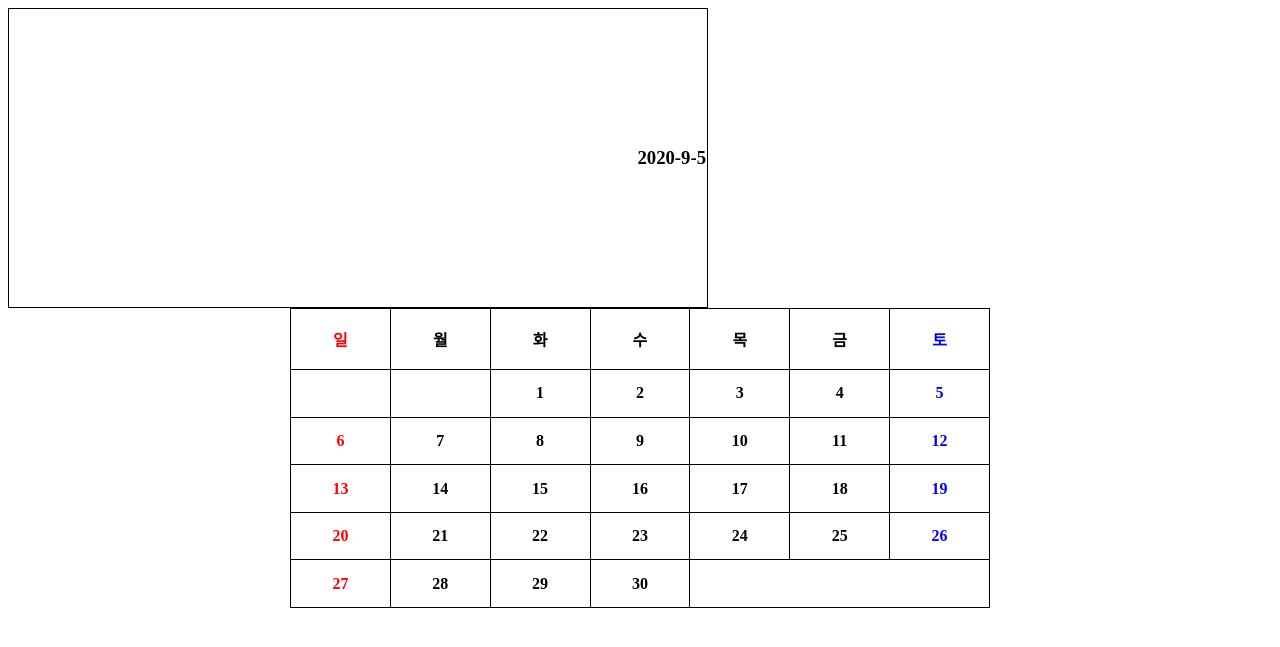
Repository: gyungmean/2020_2_webProgramming
Page: http://localhost/week6/Practice19/Practice19.jsp
The author's editor kept a copy of each file at every save. The page is drawn from the files as they stood at one save, then again after the next save.
The browser window is 1280 px wide. The pictures show the whole page.
The page is served by Tomcat 9.

Above is the page before, as saved 2020-10-26 14:05:55.

After the next save:
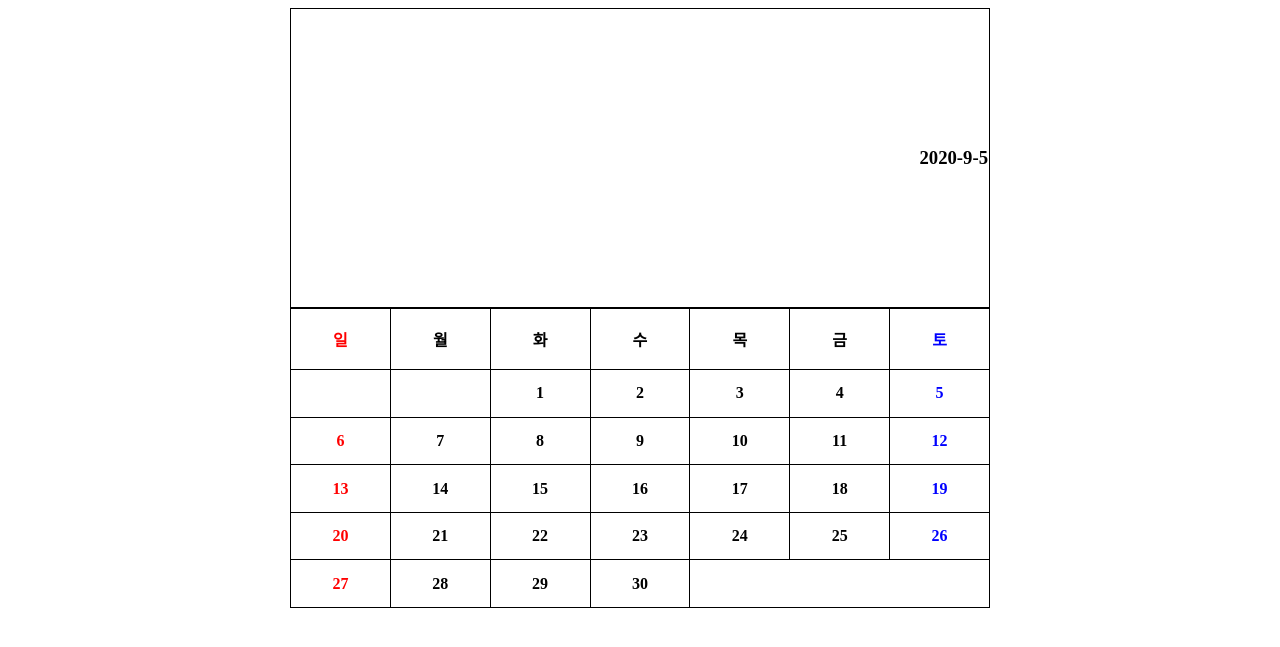
Saved 19 s later.
--- a/week6/week6/WebContent/Practice19/Practice19.jsp
+++ b/week6/week6/WebContent/Practice19/Practice19.jsp
@@ -44,6 +44,7 @@
 	Calendar cal = Calendar.getInstance();;
 	cal.set(year, month - 1, 1);
 	int date = today.get(Calendar.DATE);
+	out.println("<div align=\"center\">");
 	out.println("<table class=\"cal\">");
 	out.println("<tr>");
 	out.println("<td><h3>" + year + "-" + month + "-" + date + "</h3></td>");
@@ -55,7 +56,6 @@
 	int day_count = 0;
 	String[] day_word = {"일", "월" , "화", "수", "목", "금", "토"};
 
-	out.println("<div align=\"center\">");
 	out.println("<table class=\"cal\">");
 	out.println("<tr class=\"cal\">");
 		for(int i = 1; i <= 7; i++){
